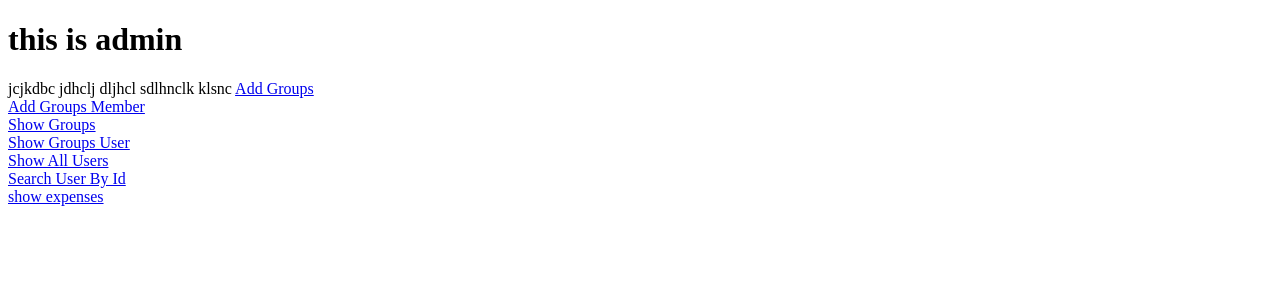
Repository: Guptaji153/Test002
Page: http://localhost/TMS/AdminDashboard.jsp
An editor plug-in stored every save of this project. The page is shown before and after the next save, followed by the edit.
The browser window is 1280 px wide. The pictures show the whole page.
The page is served by Tomcat 9.

Above is the page before, as saved 2025-06-02 19:08:51.

After the next save:
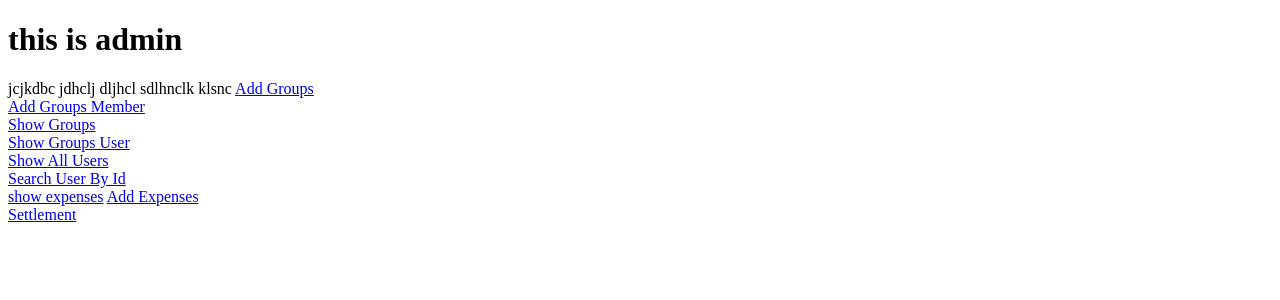
Saved 5 min 17 s later.
--- a/ProjectTMS/TMS/src/main/webapp/AdminDashboard.jsp
+++ b/ProjectTMS/TMS/src/main/webapp/AdminDashboard.jsp
@@ -17,5 +17,8 @@
 <a href="ShowUser.jsf">Show All Users</a>  <br>
 <a href="searchUser.jsf">Search User By Id</a><br>
 <a href="expensesList.jsf">show expenses</a>
+<a href="addExpenses.jsf">Add Expenses</a> <br>
+<a href="settlement.jsf">Settlement</a><br>
+
 </body>
 </html>
